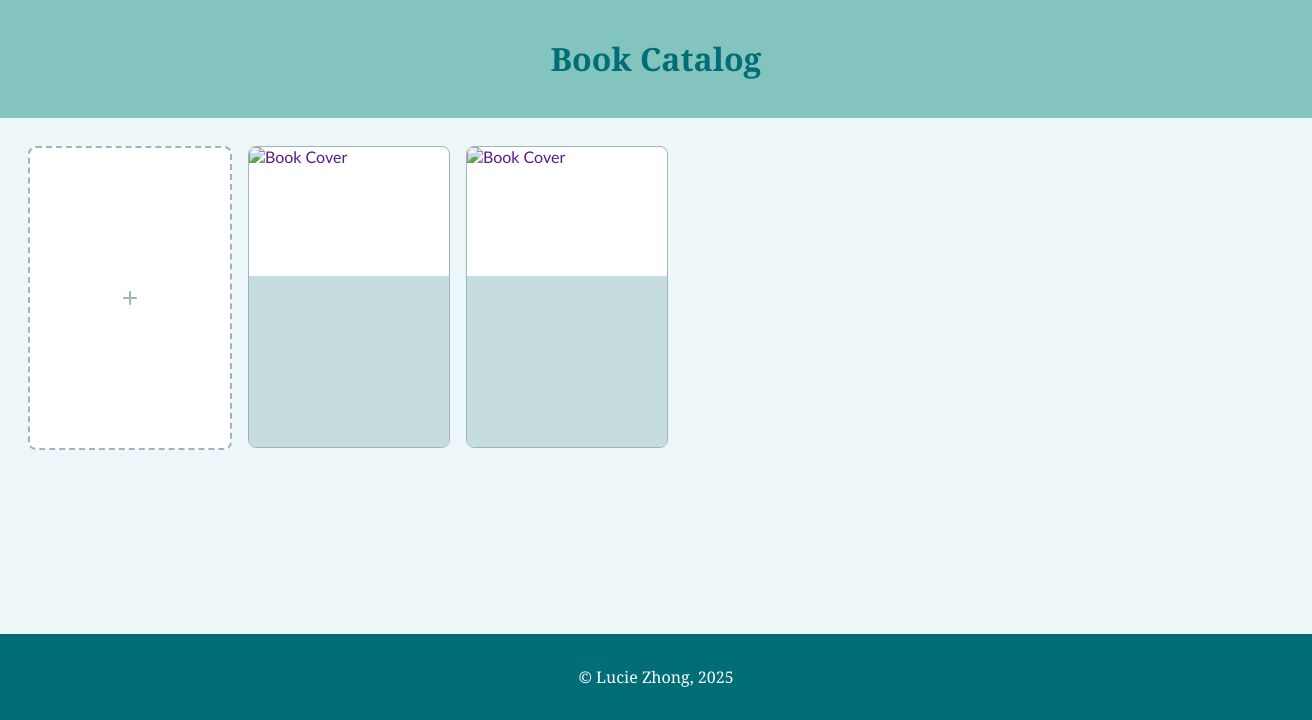
Repository: luwuciez/webdev2-book-catalog-v1
Page: /
These files come from the project's save history. The page is drawn as it stood at one moment and after the next save; the edit follows.
The browser window is 1280 px wide. The page is 1312 px wide, so the pictures cover 1312 px, including what lies to the right of the window. The pictures show the whole page.
The pointer rests on the first visible `.newBook`.
The page's requests for data from a server got no answer. The project was rebuilt for these pictures with package versions that can differ from the ones it lists, and the page was loaded fresh each time. No one was signed in, and anything a server would have sent is missing. Also part of the build but not shown: vite.config.js.

Above is the page before, as saved 2025-09-13 23:35:51.

### index.html
<!DOCTYPE html>
<html lang="en">
    <head>
        <meta charset="UTF-8" />
        <link rel="icon" type="image/svg+xml" href="/vite.svg" />
        <link
            rel="stylesheet"
            href="https://fonts.googleapis.com/css2?family=Material+Symbols+Rounded:opsz,wght,FILL,GRAD@48,600,0,0&icon_names=add"
        />
        <meta name="viewport" content="width=device-width, initial-scale=1.0" />
        <title>Vite + React</title>
    </head>
    <body>
        <div id="root"></div>
        <script type="module" src="/src/main.jsx"></script>
    </body>
</html>

### src/index.css
html,
body {
    margin: 0;
    padding: 0;
    font-family: Georgia, "Times New Roman", Times, serif;
    background-color: #edf6f9;
}

a {
    text-decoration: none;
}

.book {
    display: flex;
    flex-direction: column;
    align-items: center;
    background-color: white;
    border: 1px solid #9fb6b9;
    border-radius: 8px;
    margin: 8px;
    width: 200px;
    height: 300px;
    overflow: hidden;
    transition: box-shadow 0.3s ease;
    font-family: "Gill Sans", "Gill Sans MT", Calibri, "Trebuchet MS", sans-serif;
}

.book:hover {
    box-shadow: 0 4px 16px rgba(0, 109, 119, 0.2);
}

.book__cover {
    width: 200px;
    height: 220px;
    object-fit: cover;
}

.book__author {
    font-size: 1.1em;
    font-weight: 400;
    background-color: #c6dde0;
    color: #006d77;
    text-align: center;
    width: 100%;
    height: 280px;
    padding: 8px 16px;
    box-sizing: border-box;
    display: flex;
    justify-content: center;
    align-items: center;
}

### src/App.jsx
import "./App.css";
import Book from "./Book.jsx";

function App() {
    return (
        <>
            <div className="header">
                <h1>Book Catalog</h1>
            </div>
            <div className="catalog">
                <div className="newBook">
                    <span class="material-symbols-rounded">add</span>
                </div>
                <Book isbn="9781484282939" />
                <Book isbn="9781803231280" />
            </div>
            <div className="footer">
                <p>© Lucie Zhong, 2025</p>
            </div>
        </>
    );
}

export default App;

### src/App.css
.header {
    background-color: #83c5be;
    color: #006d77;
    text-align: center;
    width: 100%;
    padding: 16px;
}

.footer {
    background-color: #006d77;
    color: white;
    text-align: center;
    position: fixed;
    bottom: 0;
    width: 100%;
    padding: 16px;
}

.catalog {
    display: flex;
    flex-wrap: wrap;
    justify-content: start;
    padding: 20px 20px 60px 20px;
}

.newBook {
    display: flex;
    flex-direction: column;
    align-items: center;
    justify-content: center;
    background-color: white;
    border: 2px dashed #9fb6b9;
    border-radius: 8px;
    margin: 8px;
    width: 200px;
    height: 300px;
    color: #9fb6b9;
    font-size: 3em;
    cursor: pointer;
    transition: box-shadow 0.3s ease, background-color 0.3s ease, color 0.3s ease;
}

### src/Book.jsx
import { useEffect, useState } from "react";

function Book({ isbn }) {
    const [bookCover, setBookCover] = useState(null);
    const [author, setAuthor] = useState("");
    const [link, setLink] = useState("");

    useEffect(() => {
        fetch(`https://api.itbook.store/1.0/books/${isbn}`)
            .then((response) => response.json())
            .then((data) => {
                setBookCover(data.image);
                setAuthor(data.authors);
                setLink(data.url);
            })
            .catch((error) => console.error("Error fetching book data:", error));
    }, []);

    return (
        <a href={link} target="_blank">
            <div className="book">
                <img src={bookCover} alt="Book Cover" className="book__cover" />

                <div className="book__author">{author}</div>
            </div>
        </a>
    );
}

export default Book;

Loaded but not shown: src/main.jsx (common file)

After the next save:
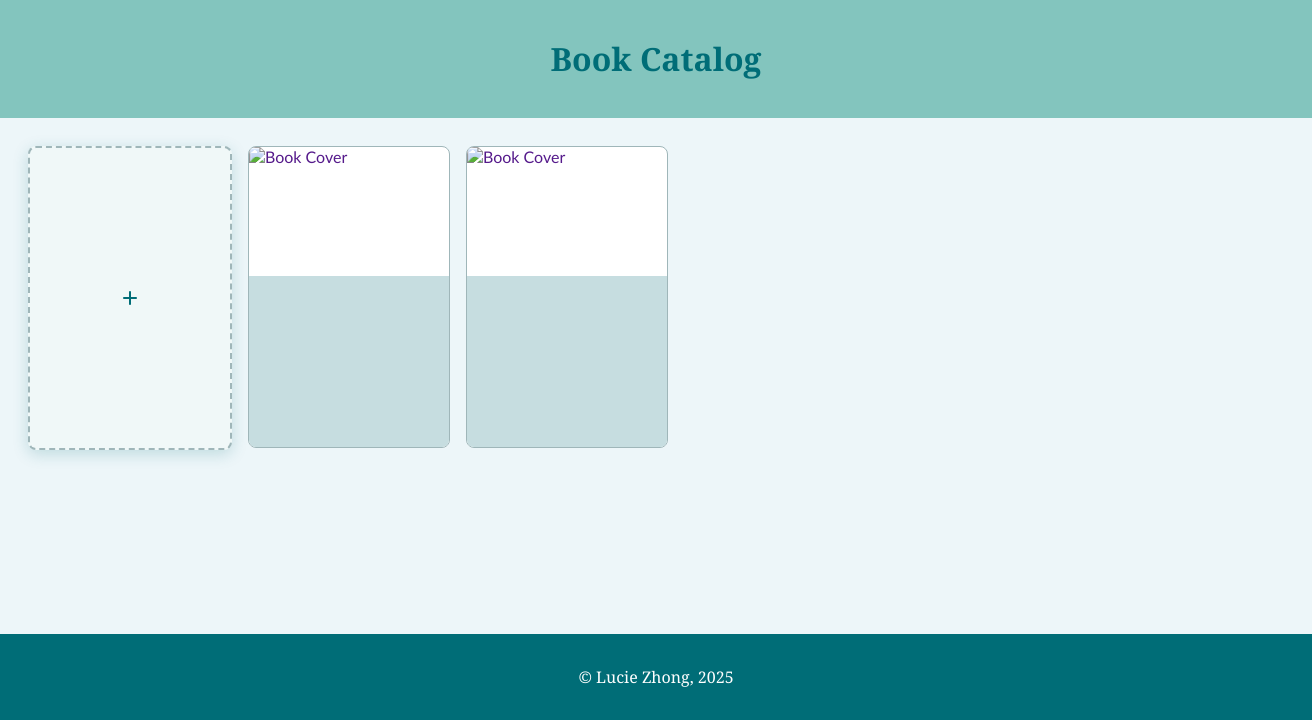
Saved 10 s later.
--- a/src/App.css
+++ b/src/App.css
@@ -39,3 +39,9 @@
     cursor: pointer;
     transition: box-shadow 0.3s ease, background-color 0.3s ease, color 0.3s ease;
 }
+
+.newBook:hover {
+    box-shadow: 0 4px 16px rgba(0, 109, 119, 0.2);
+    background-color: #f0f8f8;
+    color: #006d77;
+}
